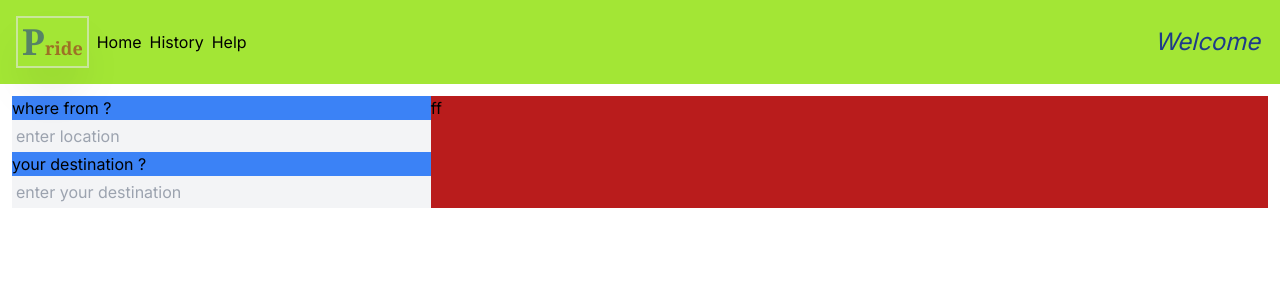
Repository: Semanmernstack/uber-mapbox
Page: /
An editor plug-in stored every save of this project. The page is shown before and after the next save, followed by the edit.
The browser window is 1280 px wide. The pictures show the whole page.
The page's requests for data from a server got no answer. The project was rebuilt for these pictures with package versions that can differ from the ones it lists, and the page was loaded fresh each time. Some packages were replaced by stand-ins written for this rebuild. The framework's server and built-in components were replaced by stand-ins that run in the browser. No one was signed in, and anything a server would have sent is missing. Also part of the build but not shown: next.config.js.

Above is the page before, as saved 2023-08-15 07:05:49.

After the next save:
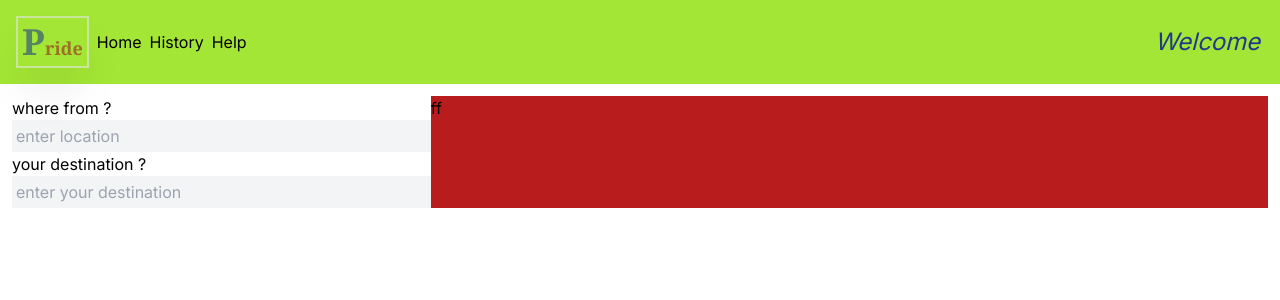
Saved 56 s later.
--- a/app/page.tsx
+++ b/app/page.tsx
@@ -3,9 +3,9 @@
 
 export default function Home() {
   return (
-    <main className="p-3">
+    <main className="p-3 gap">
       <div className="grid grid-cols-1 md:grid-cols-3 ">
-        <div className="bg-blue-500">
+        <div className="">
           <Booking/>
 
         </div>
